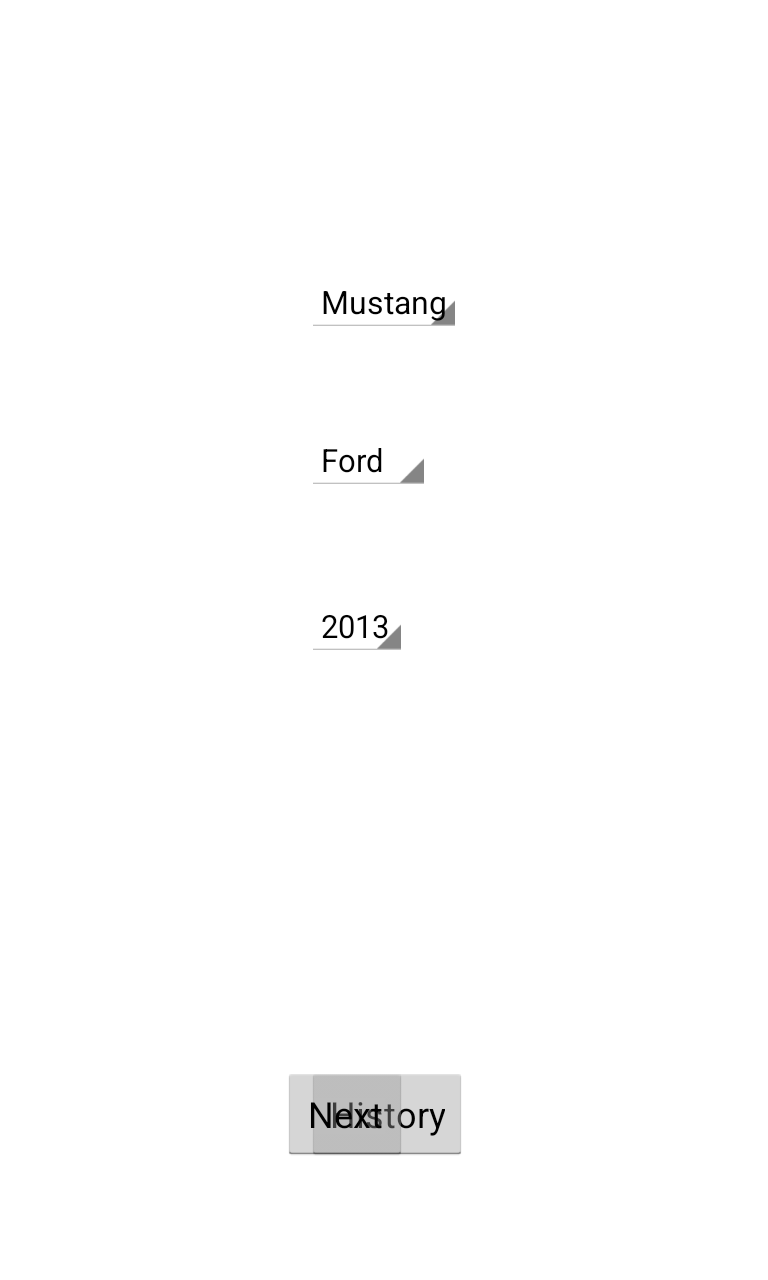
Repository: raul09/Overdrive
Layout: workspace/AutoPerformanceAnalyzer/res/layout/activity_main.xml
These files come from the project's save history. The layout is drawn as it stood at one moment and after the next save; the edit follows.
It is drawn on a 768 x 1280 px phone screen (xhdpi) without system bars, with theme AppTheme; the app's code is not run.

Above is the layout before, as saved 2013-10-01 12:39:46.

After the next save:
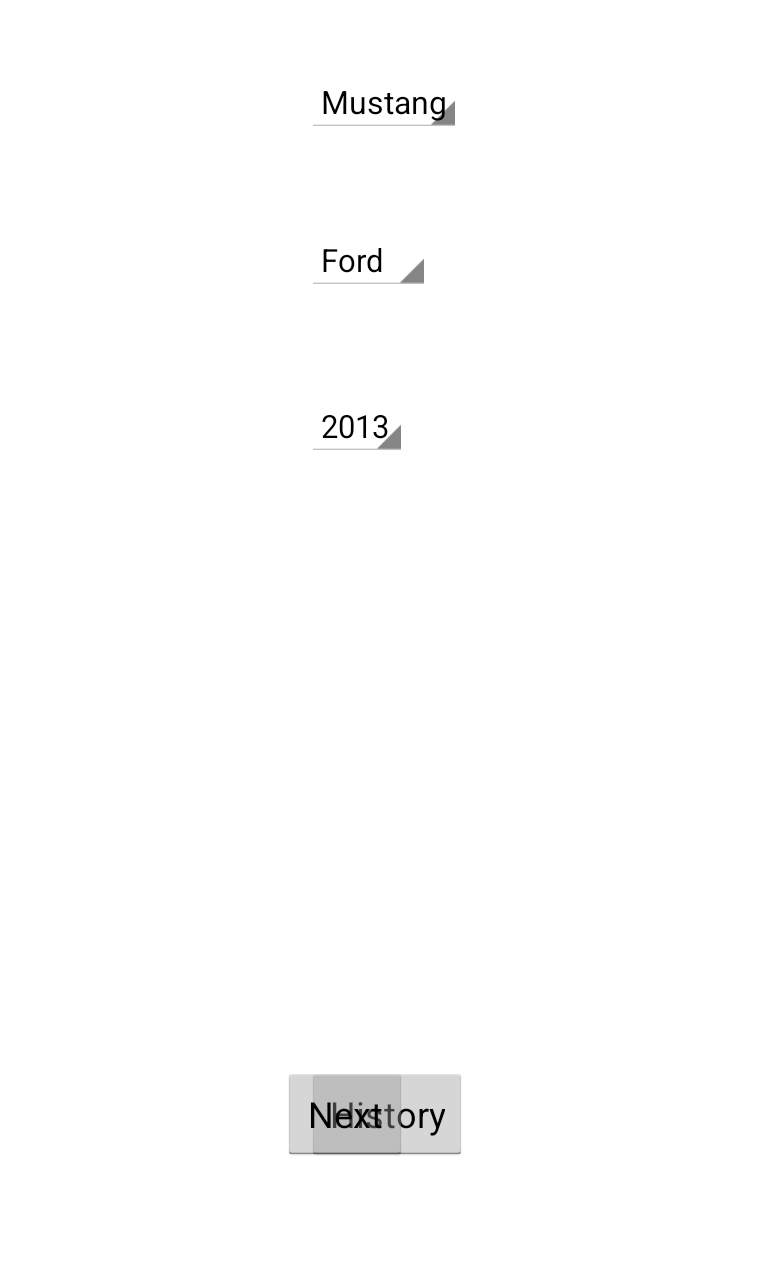
Saved 2 min 12 s later.
--- a/workspace/AutoPerformanceAnalyzer/res/layout/activity_main.xml
+++ b/workspace/AutoPerformanceAnalyzer/res/layout/activity_main.xml
@@ -49,7 +49,7 @@
         android:layout_height="wrap_content"
         android:layout_alignParentTop="true"
         android:layout_centerHorizontal="true"
-        android:layout_marginTop="119dp"
+        android:layout_marginTop="19dp"
         android:entries="@array/Model" />
 
 </RelativeLayout>
